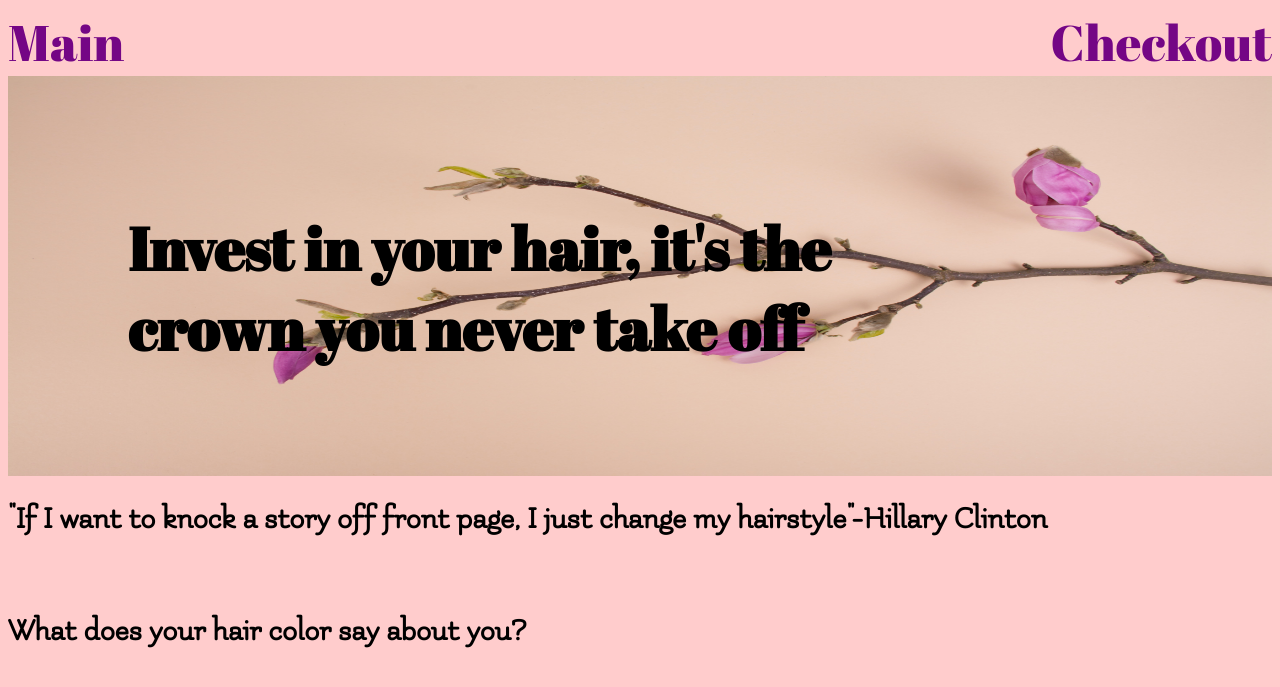
Repository: aarushi-07/Hair-and-Spa-booking-system
Page: http://localhost/salon/WEB-INF/jsp/hair.jsp
The author's editor kept a copy of each file at every save. The page is drawn from the files as they stood at one save, then again after the next save.
The browser window is 1280 px wide. The pictures show the whole page.
The page is served by Tomcat 9. Nobody is signed in. The template is opened directly, without the code that normally fills it, so the values that code supplies are empty.

Above is the page before, as saved 2020-07-10 11:42:24.

After the next save:
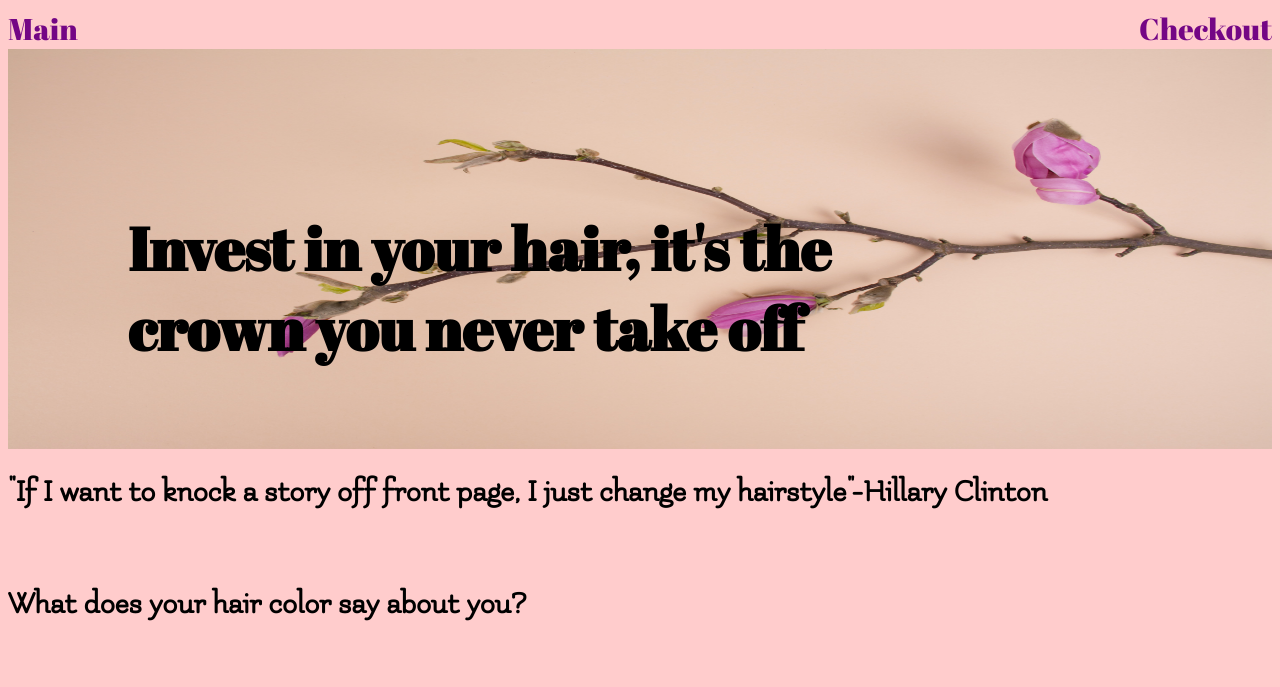
Saved 19 s later.
--- a/salon/src/main/webapp/resources/css/all.css
+++ b/salon/src/main/webapp/resources/css/all.css
@@ -53,13 +53,12 @@
 .divSer {
 	border: none;
 	float: right;
-	font-family: "Abril Fatface";
 }
 
 a:link {
 	text-decoration: none;
 	font-family: "Abril Fatface";
-	font-size: 50px;
+	font-size: 30px;
 	color: #740685;
 }
 
